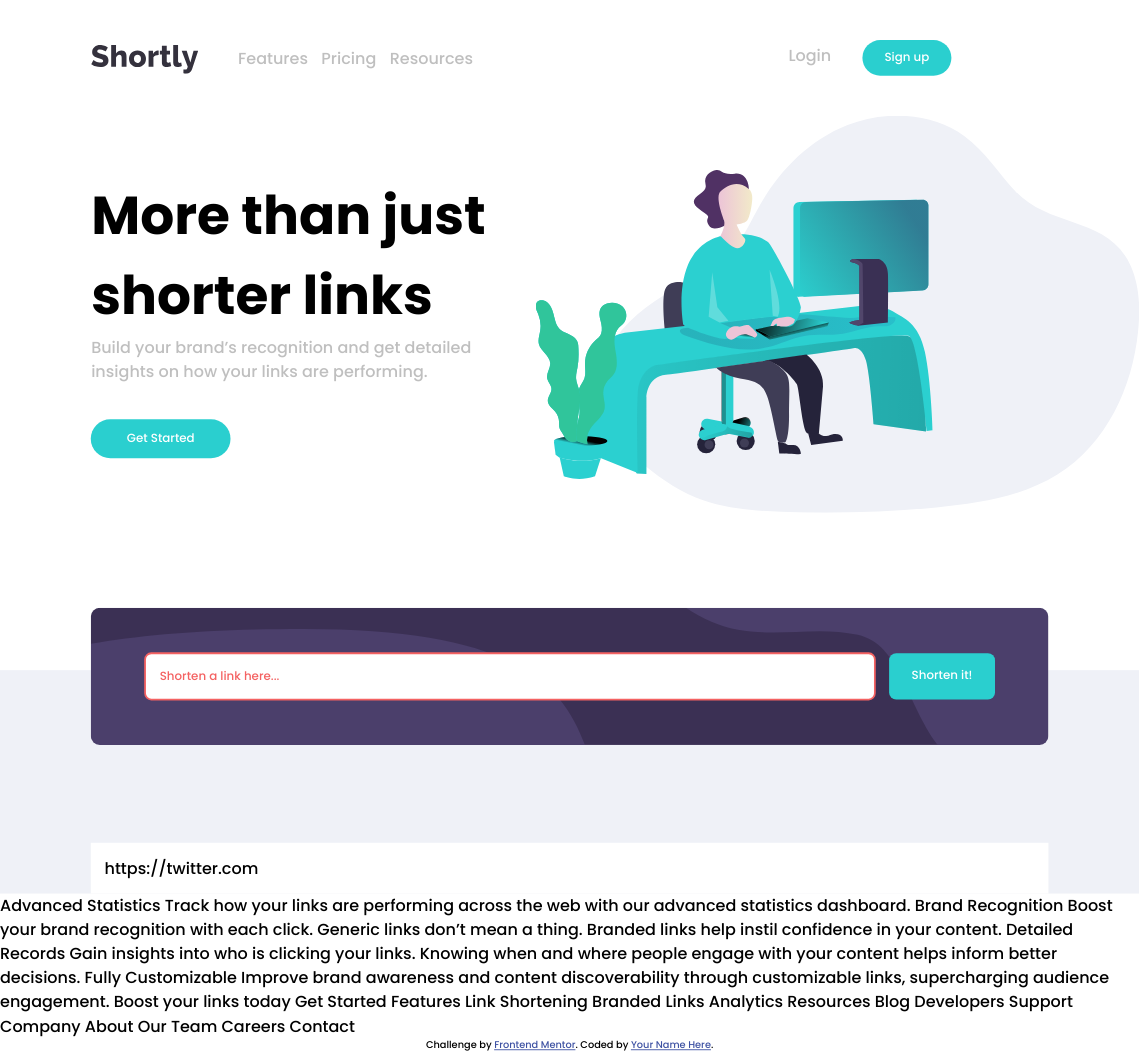
Repository: mamulini/URL-shortener
Page: index.html
The author's editor kept a copy of each file at every save. The page is drawn from the files as they stood at one save, then again after the next save.
The browser window is 1280 px wide. The pictures show the whole page, at 89% of full size.
The style sheet was rebuilt from its Sass, Less or Tailwind sources for each picture, by a compiler version that may differ from the author's.

Above is the page before, as saved 2020-04-11 22:21:01.

After the next save:
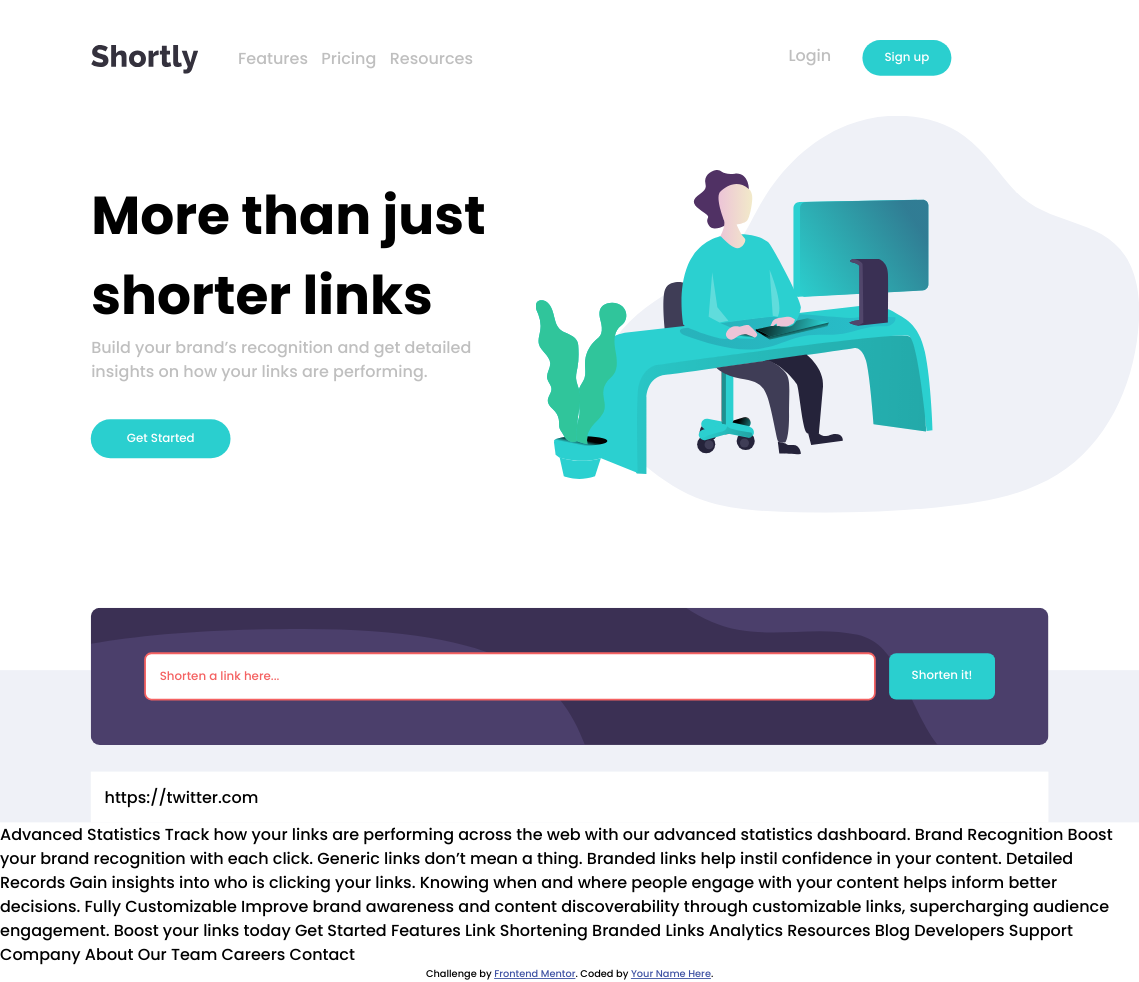
Saved 7 s later.
--- a/sass/main.scss
+++ b/sass/main.scss
@@ -169,7 +169,7 @@ img {
     &__link{
         background: #ffffff;
         padding: 15px;
-        margin-top: 40px;
+        margin-top: -40px;
     }
 }
 
